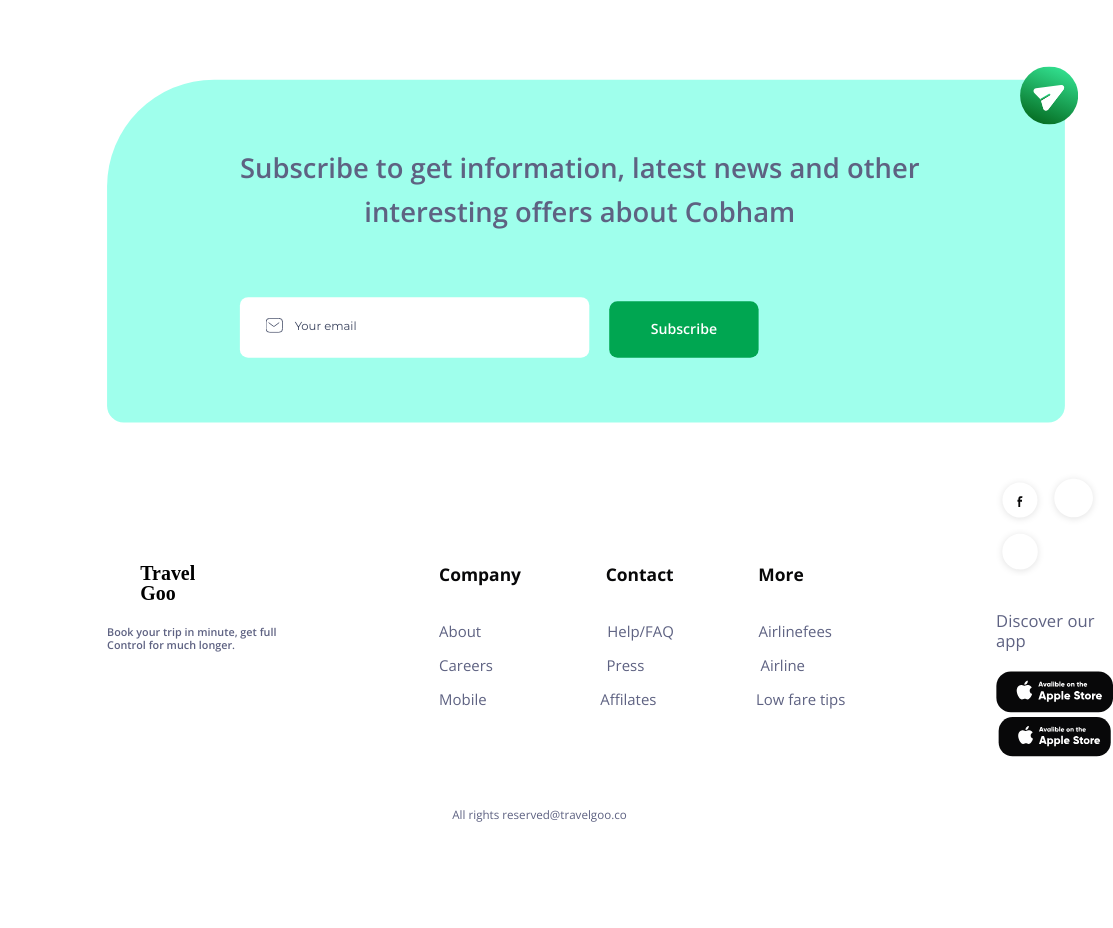
Repository: HeybetzadeQedim/task-5
Page: index.html
An editor plug-in stored every save of this project. The page is shown before and after a run of saves, followed by the edit.
The browser window is 1280 px wide. The page is 1341 px wide, so the pictures cover 1341 px, including what lies to the right of the window. The pictures show the whole page, at 83% of full size.
Some web fonts or font styles are not loaded; a fallback is used.

Above is the page before, as saved 2023-10-16 15:43:19.

After the next 2 saves:
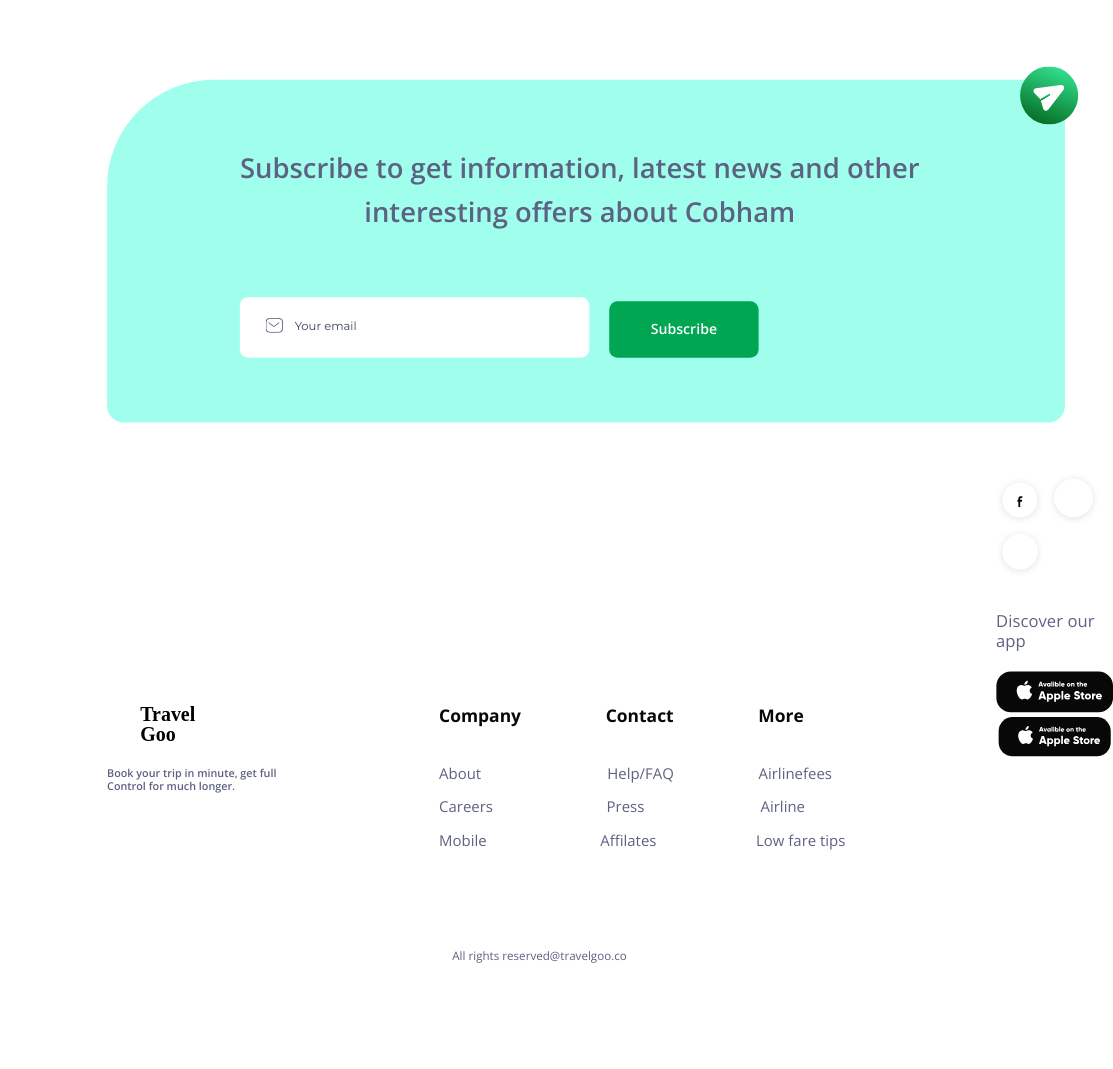
The 2 saves are shown as one change because they came seconds apart.
The last was saved 27 s later.
--- a/index.css
+++ b/index.css
@@ -38,6 +38,7 @@
 .relative-container{
   width: 1170px;
   position: relative;
+  margin-bottom: 170px;
 }
 .flex-container {
   display: flex;

After the save that followed:
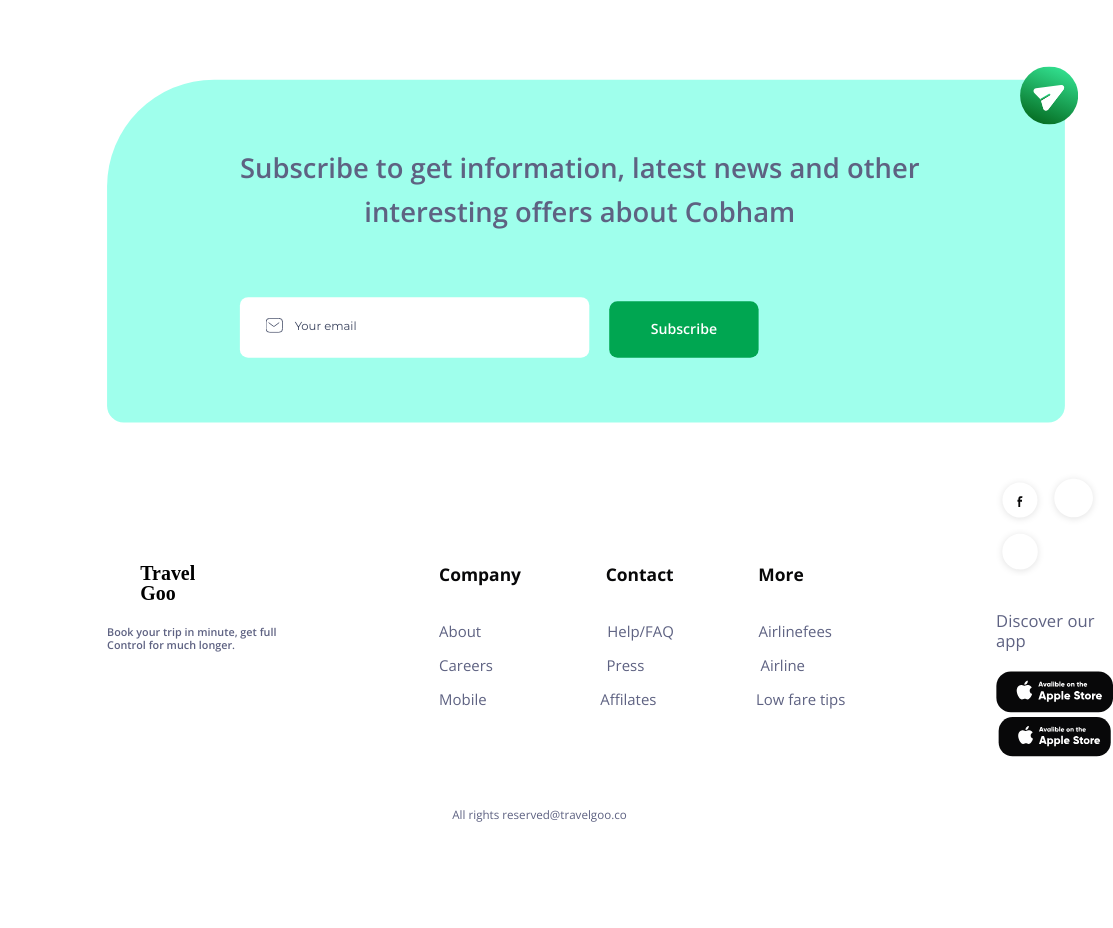
Saved 9 s later.
--- a/index.css
+++ b/index.css
@@ -9,7 +9,6 @@
 }
 .box-container {
   padding: 79px 175px 78px 160px;
-  margin-bottom: 170px;
   border-radius: 0px 24px 0px 50px;
   display: inline-block;
   background: #9fffec;
